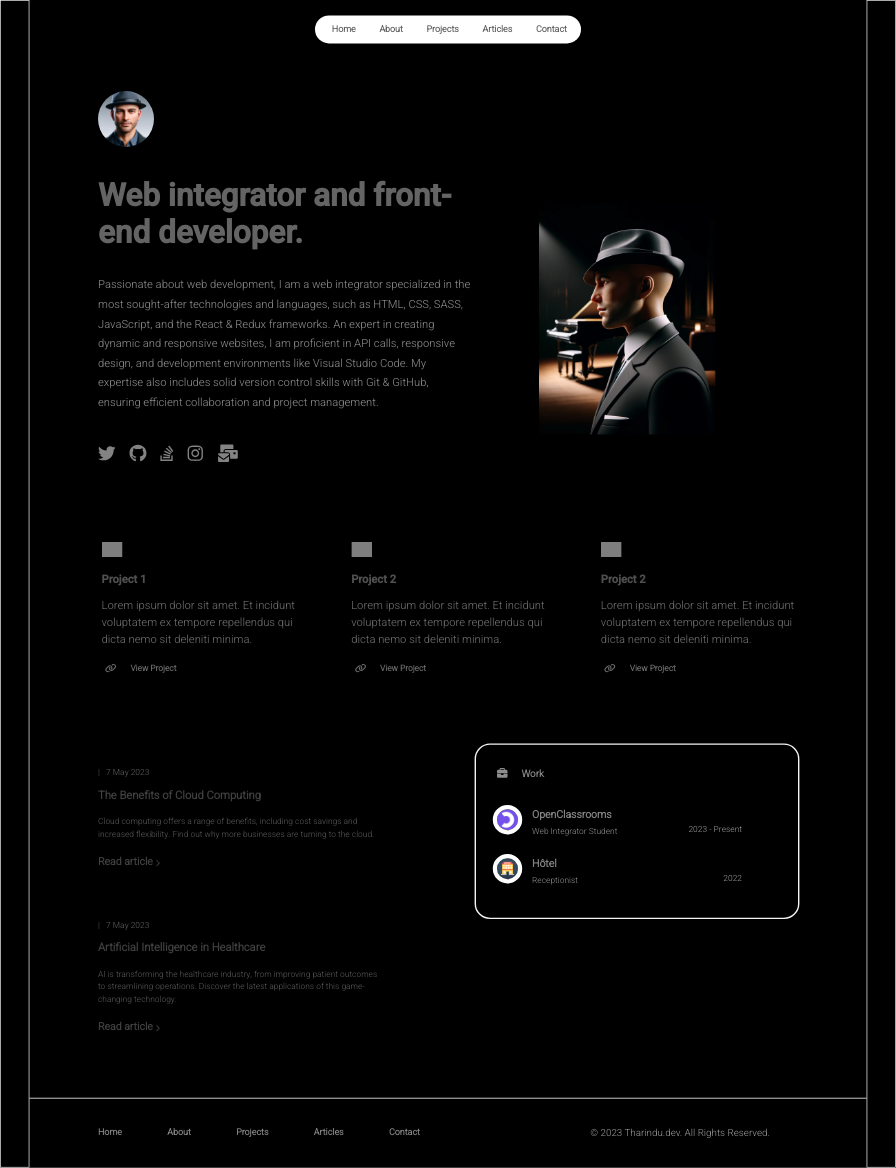
Repository: Dimple3377/reactfolio-master
Page: /
The author's editor kept a copy of each file at every save. The page is drawn from the files as they stood at one save, then again after the next save.
The browser window is 1280 px wide. The pictures show the whole page, at 70% of full size.
Pictures or frames that could not be fetched are drawn as grey boxes. The project was rebuilt for these pictures with package versions that can differ from the ones it lists, and the page was loaded fresh each time. Also part of the build but not shown: src/components/about/socials.jsx, src/pages/styles/about.css, src/pages/about.jsx, src/pages/styles/projects.css, src/pages/projects.jsx, src/components/articles/article.jsx, src/pages/styles/articles.css, src/pages/articles.jsx and 5 more.

Above is the page before, as saved 2024-04-25 03:18:57.

After the next save:
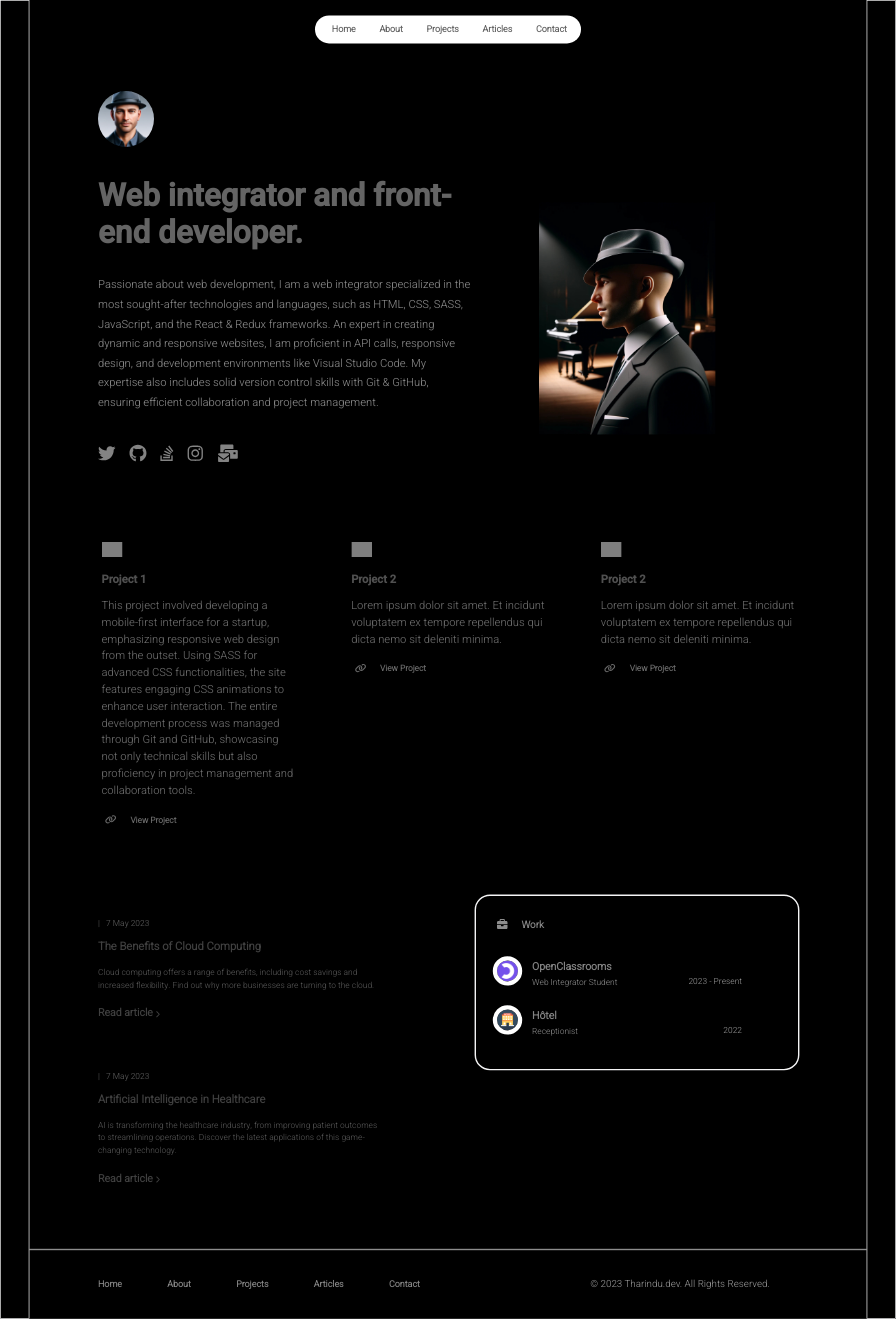
Saved 8 min 2 s later.
--- a/src/data/user.js
+++ b/src/data/user.js
@@ -37,7 +37,7 @@ const INFO = {
 		{
 			title: "Project 1",
 			description:
-				"Lorem ipsum dolor sit amet. Et incidunt voluptatem ex tempore repellendus qui dicta nemo sit deleniti minima.",
+				"This project involved developing a mobile-first interface for a startup, emphasizing responsive web design from the outset. Using SASS for advanced CSS functionalities, the site features engaging CSS animations to enhance user interaction. The entire development process was managed through Git and GitHub, showcasing not only technical skills but also proficiency in project management and collaboration tools.",
 			logo: "https://cdn.jsdelivr.net/npm/programming-languages-logos/src/html/html.png",
 			linkText: "View Project",
 			link: "https://github.com",
